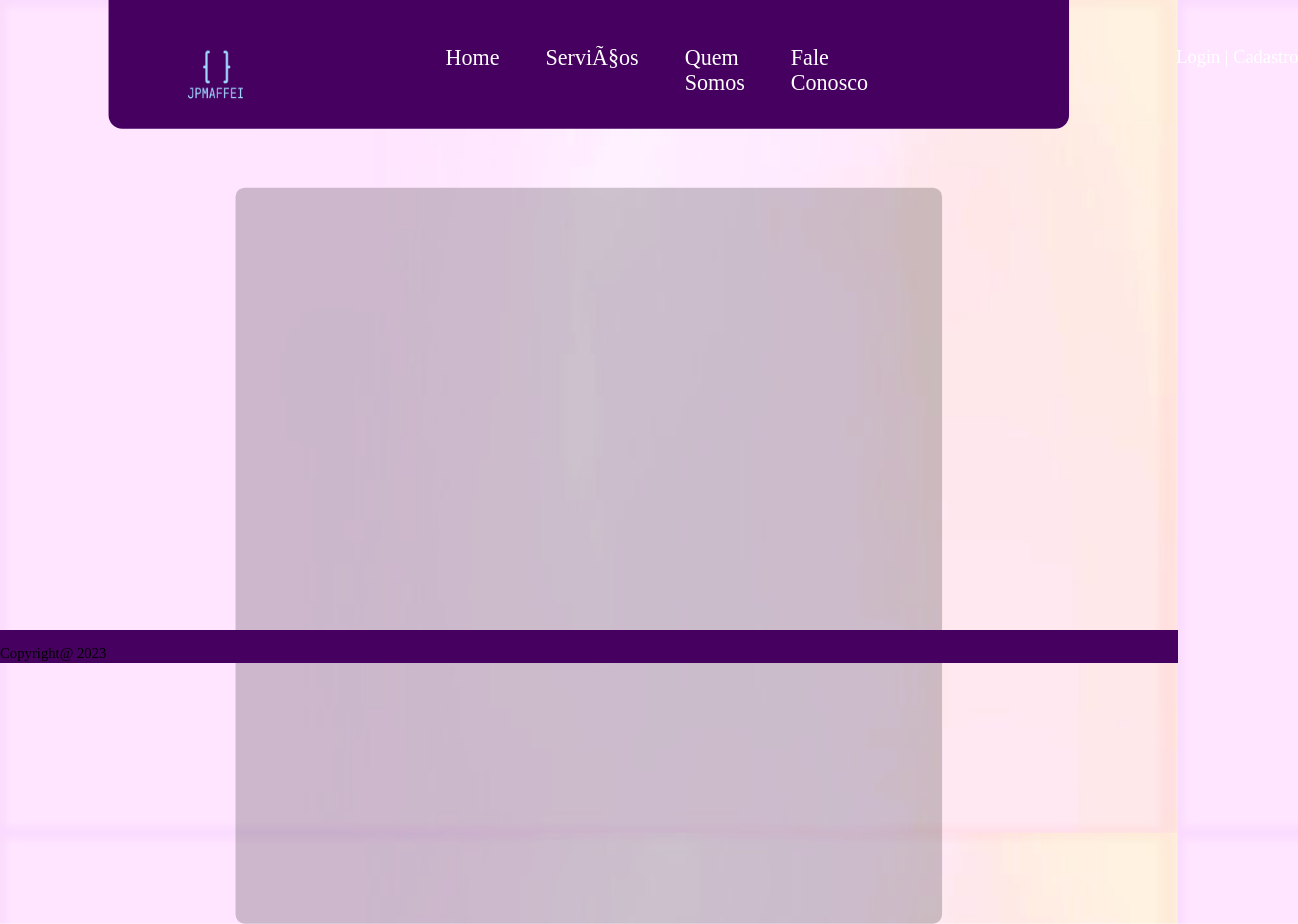
Repository: jpmaffei18/PROJETO_JAVA
Page: http://localhost/FinalWeb/
An editor plug-in stored every save of this project. The page is shown before and after the next save, followed by the edit.
The browser window is 1280 px wide. The page is 1411 px wide, so the pictures cover 1411 px, including what lies to the right of the window. The pictures show the whole page, at 92% of full size.
Backgrounds fixed to the window are drawn as part of the page. The page is served by Tomcat 9. Other server files are loaded and not shown.

Above is the page before, as saved 2023-03-31 14:20:40.

### FinalWeb/src/main/webapp/index.jsp

<!DOCTYPE html>
<html lang="en">
    <head>
        <meta charset="UTF-8">
        <meta http-equiv="X-UA-Compatible" content="IE=edge">
        <meta name="viewport" content="width=device-width, initial-scale=1.0">
        <link href="home.css" rel="stylesheet">
        <link href="imagens/icon.png" rel="icon">
        <title>HOME</title>
    </head>
<body>
  <header>
  <img src="imagens/logo.png" class="logo">

    <ul>
        <li> Home</li>
        <li> Serviços</li>
        <li> Quem Somos</li>
        <li> Fale Conosco</li>
    </ul>

    <div class="logincadastro">
    <p><a href="logincadastro.html">Login </a></p> <p>|</p> <p><a href="index.php">Cadastro </a></p>
    </div>

</header>

<div class="conteudo">

</div>




<footer class="rodape"> <p>Copyright@ 2023</p> </footer>
</body>
</html>

### FinalWeb/src/main/webapp/home.css
@charset "ISO-8859-1";

body{
    margin: 0;
        background: url(imagens/fundoroxo.jpg) center center no-repeat fixed;
        -webkit-background-size: cover;
        -moz-background-size: cover;
        -o-background-size: cover;
        background-size: cover;
        overflow: scroll;
      }


header{
    background-color: #46005F;
    width: 80%;
    height: 120px;
    margin:auto;
    border-bottom-left-radius: 15px;
    border-bottom-right-radius: 15px;
    color: white;
    padding: 10px;
    display: flex;
}

.logo{
    width: 15%;
    height: 150px;
    margin-left: 3%;
}

header ul{
    display: flex;
    margin-left: 8%;
    margin-top:40px;
}

header li{
    list-style: none;
    font-size: 24px;
    margin-left: 50px;
}

.conteudo{
    background-color: rgba(0,0,0,.20);
    width: 60%;
    height:800px;
    margin: auto;
    margin-top: 5%;
    border-radius:10px;
}

.logincadastro{
    display: flex;
    margin-left: 330px;
    margin-top: 20px;
    font-size: 20px;


}

.logincadastro p{
    margin-left: 5px;
    color:white;
}

.logincadastro a{
    text-decoration: none;
    color: white;
}

.rodape{
background: #46005F;
width: 100%;
height: 35px;
position: fixed;
bottom: 0;
left: 0;
}

After the next save:
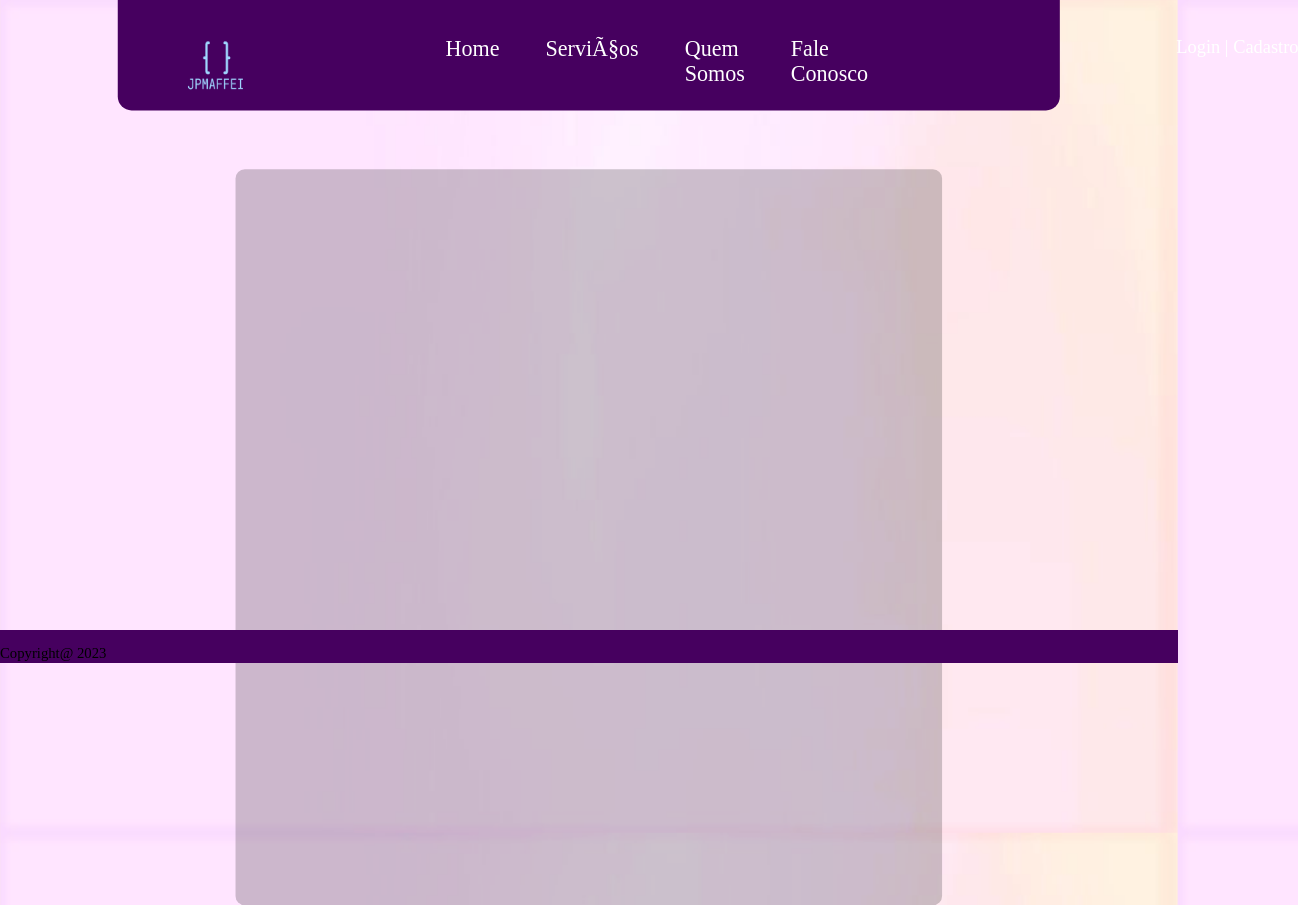
Saved 8 s later.
--- a/FinalWeb/src/main/webapp/home.css
+++ b/FinalWeb/src/main/webapp/home.css
@@ -19,7 +19,6 @@ header{
     border-bottom-left-radius: 15px;
     border-bottom-right-radius: 15px;
     color: white;
-    padding: 10px;
     display: flex;
 }
 
